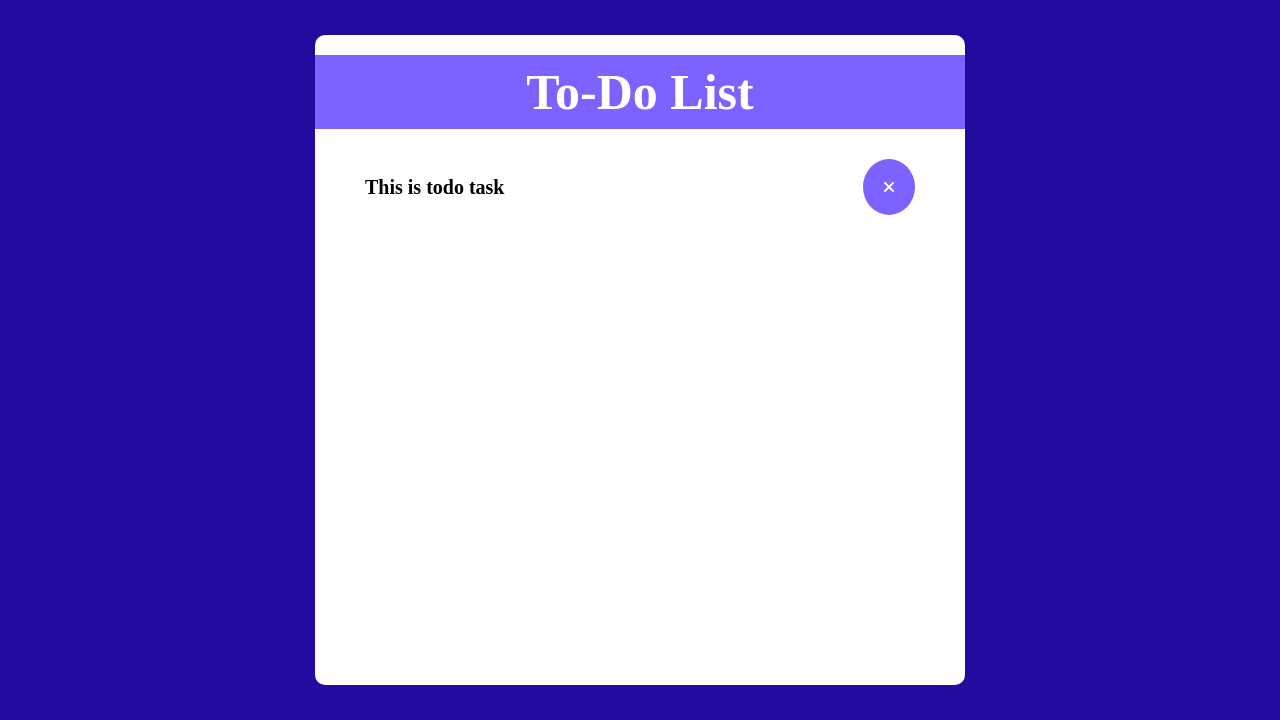
Repository: AliHassan02-Dev/To-Do-App
Page: /
The author's editor kept a copy of each file at every save. The page is drawn from the files as they stood at one save, then again after a run of saves.
The browser window is 1280 px wide. The pictures show the whole page.
Some web libraries are served in a nearby version. The project was rebuilt for these pictures with package versions that can differ from the ones it lists, and the page was loaded fresh each time. Also part of the build but not shown: vite.config.js.

Above is the page before, as saved 2024-10-28 11:43:28.

### src/App.css
* {
  margin: 0;
  padding: 0;
  box-sizing: border-box;
  font-family: poppins;
}

.mainWrapper {
  width: 100%;
  height: 100vh;
  background-color: rgb(34, 12, 160);
  display: flex;
  justify-content: center;
  flex-direction: column;
}

.mainWrapper .container {
  width: 100%;
  max-width: 650px;
  height: 650px;
  background-color: white;
  margin: auto;
  border-radius: 10px;
}

.mainWrapper .container .topBar {
  margin: 20px 0px;
}

.mainWrapper .container .topBar h2 {
  width: 100%;
  text-align: center;
  background-color: rgb(122, 99, 255);
  font-size: 50px;
  padding: 8px;
  color: white;
}

.mainWrapper .container .bottomBar {
  margin: 20px 0px;
  padding: 10px 50px;
}

.mainWrapper .container .bottomBar ol {
  list-style-type: none;
}

.mainWrapper .container .bottomBar .taskList {
  width: 100%;
  flex-wrap: nowrap;
  display: flex;
  justify-content: space-between;
  align-items: center;
}

.mainWrapper .container .bottomBar .taskList li {
  font-size: 20px;
  font-weight: 600;
}

.mainWrapper .container .bottomBar .taskList span {
  color: white;
  background-color: rgb(122, 99, 255);
  padding: 20px;
  border-radius: 100%;
}

### src/App.jsx
import React from "react";

const App = () => {
  return (
    <div className="mainWrapper">
      <div className="container">
        <div className="topBar">
          <h2>To-Do List</h2>
        </div>
        <div className="bottomBar">
          <ol>
            <div className="taskList">
              <li>This is todo task</li>
              <span class="fa-solid fa-xmark"></span>
            </div>
          </ol>
        </div>
      </div>
    </div>
  );
};

export default App;

Loaded but not shown: index.html (common file); src/main.jsx (common file)

After the next 3 saves:
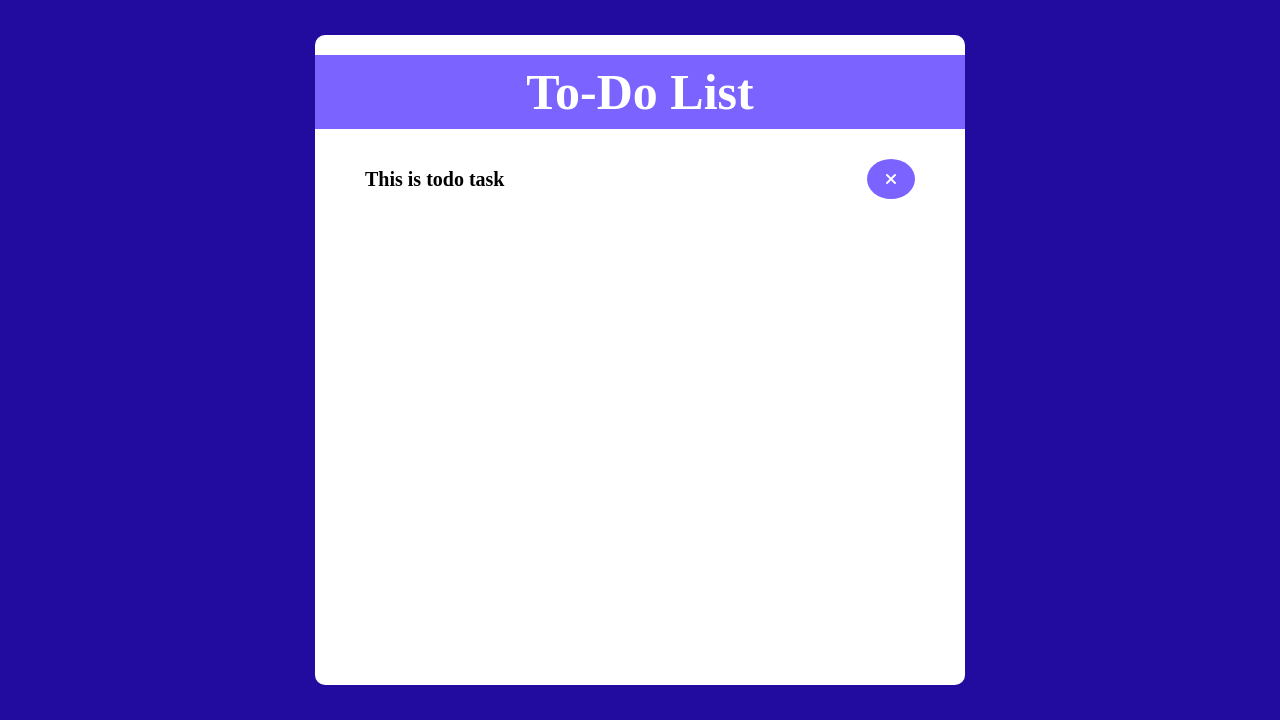
The 3 saves are shown as one change because they came seconds apart.
The last was saved 17 s later.
--- a/src/App.css
+++ b/src/App.css
@@ -61,6 +61,6 @@
 .mainWrapper .container .bottomBar .taskList span {
   color: white;
   background-color: rgb(122, 99, 255);
-  padding: 20px;
+  padding: 12px 18px;
   border-radius: 100%;
 }
